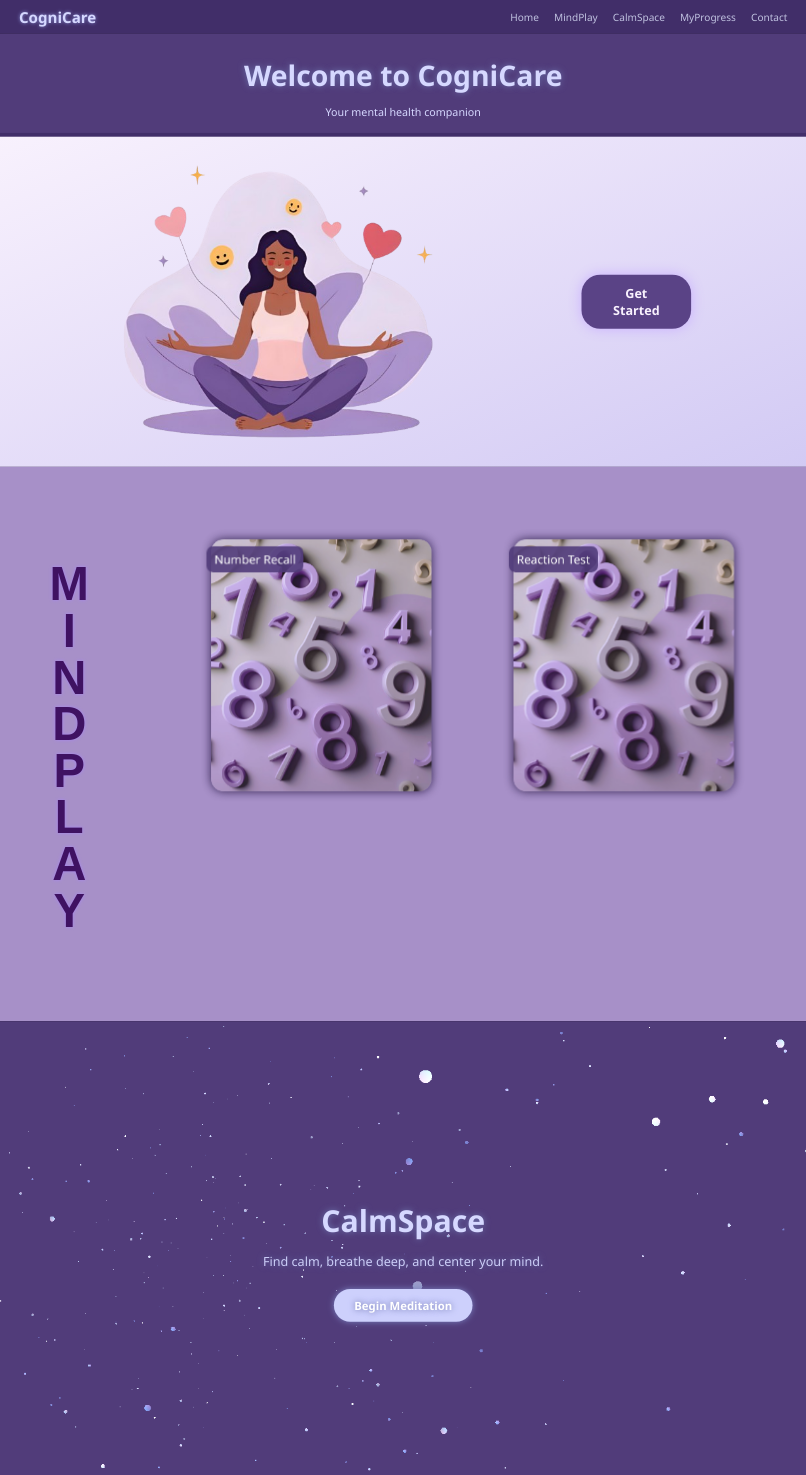
Repository: rujularaut/CogniCare
Page: /
An editor plug-in stored every save of this project. The page is shown before and after the next save, followed by the edit.
The browser window is 1280 px wide. The pictures show the whole page, at 63% of full size.
The project was rebuilt for these pictures with package versions that can differ from the ones it lists, and the page was loaded fresh each time. Also part of the build but not shown: src/components/MeditationRoom.css, src/components/Signup.css, src/components/Signup.js, src/components/Login.css, src/components/Login.js, src/components/Stepper.css, src/components/Stepper.jsx, src/components/SignupStepper.css and 3 more.

Above is the page before, as saved 2025-06-25 14:37:24.

### public/index.html
<!DOCTYPE html>
<html lang="en">
  <head>
    <link href="https://fonts.googleapis.com/css2?family=Anton:wght@500&display=swap" rel="stylesheet">

    <meta charset="utf-8" />
    <link rel="icon" href="%PUBLIC_URL%/favicon.ico" />
    <meta name="viewport" content="width=device-width, initial-scale=1" />
    <meta name="theme-color" content="#000000" />
    <meta
      name="description"
      content="Web site created using create-react-app"
    />
    <link rel="apple-touch-icon" href="%PUBLIC_URL%/logo192.png" />
    <!--
      manifest.json provides metadata used when your web app is installed on a
      user's mobile device or desktop. See https://developers.google.com/web/fundamentals/web-app-manifest/
    -->
    <link rel="manifest" href="%PUBLIC_URL%/manifest.json" />
    <!--
      Notice the use of %PUBLIC_URL% in the tags above.
      It will be replaced with the URL of the `public` folder during the build.
      Only files inside the `public` folder can be referenced from the HTML.

      Unlike "/favicon.ico" or "favicon.ico", "%PUBLIC_URL%/favicon.ico" will
      work correctly both with client-side routing and a non-root public URL.
      Learn how to configure a non-root public URL by running `npm run build`.
    -->
    <title>React App</title>
  </head>
  <body>
    <noscript>You need to enable JavaScript to run this app.</noscript>
    <div id="root"></div>
    <!--
      This HTML file is a template.
      If you open it directly in the browser, you will see an empty page.

      You can add webfonts, meta tags, or analytics to this file.
      The build step will place the bundled scripts into the <body> tag.

      To begin the development, run `npm start` or `yarn start`.
      To create a production bundle, use `npm run build` or `yarn build`.
    -->
  </body>
</html>

### src/App.js
import { useLocation } from 'react-router-dom';
import { useEffect } from 'react';
import MindPlay from './components/MindPlay';

import React from 'react';
import { BrowserRouter as Router, Routes, Route } from 'react-router-dom';
import './App.css';
import Welcome from './components/Welcome';
import Meditation from './components/Meditation';
import Signup from './components/Signup';
import Login from './components/Login';
import SignupStepper from './components/SignupStepper';
import MeditationRoom from './components/MeditationRoom';

function ScrollToSection() {
  const location = useLocation();

  useEffect(() => {
    const fromMeditationRoom = document.referrer.includes('/meditationroom');
    const hasHash = location.hash;

    if (hasHash && fromMeditationRoom) {
      const section = document.querySelector(location.hash);
      if (section) {
        setTimeout(() => {
          section.scrollIntoView({ behavior: 'smooth' });
        }, 0);
      }
    }
  }, [location]);

  return null;
}


function App() {
  return (
    <Router>
  <div className="App">
    <ScrollToSection />  {/*this triggers scroll to #id on navigation */}

    <nav>
      <div className="logo">CogniCare</div>
      <ul>
        <li><a href="/">Home</a></li>
        <li><a href="#">MindPlay</a></li>
        <li><a href="#calmspace-section">CalmSpace</a></li>
        <li><a href="#">MyProgress</a></li>
        <li><a href="#">Contact</a></li>
      </ul>
    </nav>

    <Routes>
    <Route path="/" element={
  <>
    <header>
      <h1>Welcome to CogniCare</h1>
      <p>Your mental health companion</p>
    </header>
    <Welcome />

    {/* 🧠 Insert MindPlay here */}
    <MindPlay />

    <div id="calmspace-section">
      <Meditation />
    </div>
  </>
} />

      <Route path="/signup" element={<SignupStepper />} />
      <Route path="/signup" element={<Signup />} />
      <Route path="/login" element={<Login />} />
      <Route path="/meditationroom" element={<MeditationRoom />} />
    </Routes>
  </div>
</Router>

  );
}

export default App;

### src/components/MindPlay.js
import React, { useRef } from 'react';
import './MindPlay.css';
import DecryptedText from './DecryptedText';
import { motion, useInView } from 'framer-motion';
import TiltedCard from './TiltedCard';
import recallImg from '../assets/recall.png';
import reactionImg from '../assets/reaction.png';

const MindPlay = () => {
  const ref = useRef(null);
  const isInView = useInView(ref, { once: true, margin: '-100px' });

  return (
    <section className="mindplay-section" ref={ref}>
      <div className="mindplay-layout">

        {/* Left: Title */}
        <motion.div
          className="vertical-decrypt"
          initial={{ opacity: 0, y: 100 }}
          animate={isInView ? { opacity: 1, y: 0 } : {}}
          transition={{ duration: 1.5, ease: 'easeOut' }}
        >
          <DecryptedText
            text="MINDPLAY"
            animateOn={isInView ? 'hover' : 'none'}
            revealDirection="center"
            speed={250}
            maxIterations={50}
            sequential={true}
            className="revealed"
            encryptedClassName="encrypted"
          />
        </motion.div>

        {/* Right: Game Cards */}
        <div className="mindplay-cards">
          <TiltedCard
            imageSrc={recallImg}
            altText="Number Recall Game"
            captionText="Click to play"
            containerHeight="400px"
            containerWidth="370px"
            imageHeight="400px"
            imageWidth="350px"
            rotateAmplitude={12}
            scaleOnHover={1.1}
            showTooltip={true}
            displayOverlayContent={true}
            overlayContent={<p className="tilted-card-demo-text">Number Recall</p>}
          />

          <TiltedCard
            imageSrc={reactionImg}
            altText="Reaction Game"
            captionText="Click to play"
            containerHeight="400px"
            containerWidth="370px"
            imageHeight="400px"
            imageWidth="350px"
            rotateAmplitude={12}
            scaleOnHover={1.1}
            showTooltip={true}
            displayOverlayContent={true}
            overlayContent={<p className="tilted-card-demo-text">Reaction Test</p>}
          />
        </div>

      </div>
    </section>
  );
};

export default MindPlay;

### src/App.css
body {
  margin: 0;
  padding: 0;
  font-family: 'Segoe UI', sans-serif;
  background-color: #0a001a;
  color: #d6d8ff;
}

nav {
  background-color: #412e69;
  color: #d6d8ff;
  display: flex;
  justify-content: space-between;
  align-items: center;
  padding: 10px 30px;
  box-shadow: 0 0 15px #a9b0ff20;
}

.logo {
  font-size: 24px;
  font-weight: bold;
  color: #d6d8ff;
  text-shadow: 0 0 6px #8b92d7;
}

nav ul {
  list-style: none;
  display: flex;
  gap: 24px;
  margin: 0;
  padding: 0;
}

nav ul li a {
  text-decoration: none;
  color: #c0c2e0;
  font-weight: 500;
  transition: color 0.3s ease;
}

nav ul li a:hover {
  color: #f7c258;
  text-shadow: 0 0 6px #a9b0ff;
}

header {
  background-color: #513c7a;
  padding: 5px;
  text-align: center;
  border-bottom: 6px solid #412e69;
}

h1 {
  margin-bottom: 10px;
  font-size: 45px;
  color: #d6d8ff;
  text-shadow: 0 0 10px #6c72ac;
}

p {
  font-size: 17px;
  color: #d6d8ff;
}

### src/components/Welcome.js
import React from 'react';
import './Welcome.css';
import welcomeImg from '../assets/welcome.png';
import { Link } from 'react-router-dom';

const Welcome = () => {
  return (
    <section className="welcome">
      <div className="welcome-content">
        <img src={welcomeImg} alt="Welcome Illustration" className="welcome-img" />
        <Link to="/signup" className="start-btn">Get Started</Link> {/* ✅ Fixed */}
      </div>
    </section>
  );
};

export default Welcome;

### src/components/Meditation.js
import React from 'react';
import Particles from './Particles';
import './Meditation.css';
import { Link } from 'react-router-dom';
import './MeditationRoom.css';


const Meditation = () => {
  return (
    <section className="meditation-section">
      <Particles
        particleColors={['#cdd0fc', '#a9b0ff']}
        particleCount={680}
        particleSpread={11}
        speed={0.1}
        particleBaseSize={100}
        moveParticlesOnHover={false}
        alphaParticles={false}
      />
      <div className="meditation-content">
        <h2>CalmSpace</h2>
        <p>Find calm, breathe deep, and center your mind.</p>
        <Link to="/meditationroom" className="meditate-btn">Begin Meditation</Link>
      </div>
    </section>
  );
};

export default Meditation;

### src/components/MindPlay.css
.mindplay-section {
  padding: 80px 40px;
  background-color: #a790c8;
  color: #e1c3f8;
  position: relative;
}

.mindplay-layout {
  display: flex;
  align-items: center;
  justify-content: center;
  gap: 80px;
  flex-wrap: wrap;
  min-height: 100vh;
}

.vertical-decrypt {
  writing-mode: vertical-rl;
  text-orientation: upright;
  font-family: 'Anton', sans-serif;
  font-size: 50px;
  font-weight: 900;
  letter-spacing: 0px;
  line-height: 1.2;
  color: #3f1262;
  text-shadow: 0 0 15px #d2c7ec;
  cursor: pointer;
  display: flex;
  align-items:center;
  justify-content:center;
   height: 80vh;
  padding: 0px 10px;
}

.mindplay-cards {
  display: flex;
  gap: 30px;
  flex-wrap: wrap;
  justify-content: center;
  align-items: center;
  margin-top: 0;
  margin-bottom: 250px;
  margin-left: 50px; /* 👈 pushes the cards upward */
}


.revealed {
  font-size: 75px;
  letter-spacing: -10px;
  font-weight: 900;
  color: #3f1262;
  text-shadow: 0 0 6px #a685f2;
}

.encrypted {
  font-size: 55px;
  font-weight: 900;
  color: #cdbcf2;
  opacity: 0.5;
}

.tilted-card-demo-text {
  font-size: 18px;
  color: #ffffff;
  background-color: rgba(81, 60, 122, 0.9);
  padding: 8px 12px;
  border-radius: 10px;
  text-align: center;
}

### src/components/DecryptedText.js
import { useEffect, useState, useRef } from 'react'
import { motion } from 'framer-motion'

const styles = {
  wrapper: {
    display: 'inline-block',
    whiteSpace: 'pre-wrap',
  },
  srOnly: {
    position: 'absolute',
    width: '1px',
    height: '1px',
    padding: 0,
    margin: '-1px',
    overflow: 'hidden',
    clip: 'rect(0,0,0,0)',
    border: 0,
  },
}

export default function DecryptedText({
  text,
  speed = 50,
  maxIterations = 10,
  sequential = false,
  revealDirection = 'start',
  useOriginalCharsOnly = false,
  characters = 'ABCDEFGHIJKLMNOPQRSTUVWXYZabcdefghijklmnopqrstuvwxyz!@#$%^&*()_+',
  className = '',
  parentClassName = '',
  encryptedClassName = '',
  animateOn = 'hover',
  ...props
}) {
  const [displayText, setDisplayText] = useState(text);
  const [isHovering, setIsHovering] = useState(false);
  const [isScrambling, setIsScrambling] = useState(false);
  const [revealedIndices, setRevealedIndices] = useState(new Set());
  const [hasAnimated, setHasAnimated] = useState(false);
  const containerRef = useRef(null);

  useEffect(() => {
    let interval
    let currentIteration = 0

    const getNextIndex = (revealedSet) => {
      const textLength = text.length
      switch (revealDirection) {
        case 'start':
          return revealedSet.size
        case 'end':
          return textLength - 1 - revealedSet.size
        case 'center': {
          const middle = Math.floor(textLength / 2)
          const offset = Math.floor(revealedSet.size / 2)
          const nextIndex =
            revealedSet.size % 2 === 0
              ? middle + offset
              : middle - offset - 1

          if (nextIndex >= 0 && nextIndex < textLength && !revealedSet.has(nextIndex)) {
            return nextIndex
          }

          for (let i = 0; i < textLength; i++) {
            if (!revealedSet.has(i)) return i
          }
          return 0
        }
        default:
          return revealedSet.size
      }
    }

    const availableChars = useOriginalCharsOnly
      ? Array.from(new Set(text.split(''))).filter((char) => char !== ' ')
      : characters.split('')

    const shuffleText = (originalText, currentRevealed) => {
      if (useOriginalCharsOnly) {
        const positions = originalText.split('').map((char, i) => ({
          char,
          isSpace: char === ' ',
          index: i,
          isRevealed: currentRevealed.has(i),
        }))

        const nonSpaceChars = positions
          .filter((p) => !p.isSpace && !p.isRevealed)
          .map((p) => p.char)

        for (let i = nonSpaceChars.length - 1; i > 0; i--) {
          const j = Math.floor(Math.random() * (i + 1))
            ;[nonSpaceChars[i], nonSpaceChars[j]] = [nonSpaceChars[j], nonSpaceChars[i]]
        }

        let charIndex = 0
        return positions
          .map((p) => {
            if (p.isSpace) return ' '
            if (p.isRevealed) return originalText[p.index]
            return nonSpaceChars[charIndex++]
          })
          .join('')
      } else {
        return originalText
          .split('')
          .map((char, i) => {
            if (char === ' ') return ' '
            if (currentRevealed.has(i)) return originalText[i]
            return availableChars[Math.floor(Math.random() * availableChars.length)]
          })
          .join('')
      }
    }

    if (isHovering) {
      setIsScrambling(true)
      interval = setInterval(() => {
        setRevealedIndices((prevRevealed) => {
          if (sequential) {
            if (prevRevealed.size < text.length) {
              const nextIndex = getNextIndex(prevRevealed)
              const newRevealed = new Set(prevRevealed)
              newRevealed.add(nextIndex)
              setDisplayText(shuffleText(text, newRevealed))
              return newRevealed
            } else {
              clearInterval(interval)
              setIsScrambling(false)
              return prevRevealed
            }
          } else {
            setDisplayText(shuffleText(text, prevRevealed))
            currentIteration++
            if (currentIteration >= maxIterations) {
              clearInterval(interval)
              setIsScrambling(false)
              setDisplayText(text)
            }
            return prevRevealed
          }
        })
      }, speed)
    } else {
      setDisplayText(text)
      setRevealedIndices(new Set())
      setIsScrambling(false)
    }

    return () => {
      if (interval) clearInterval(interval)
    }
  }, [
    isHovering,
    text,
    speed,
    maxIterations,
    sequential,
    revealDirection,
    characters,
    useOriginalCharsOnly,
  ])

  useEffect(() => {
    if (animateOn !== 'view') return

    const observerCallback = (entries) => {
      entries.forEach((entry) => {
        if (entry.isIntersecting && !hasAnimated) {
          setIsHovering(true)
          setHasAnimated(true)
        }
      })
    }

    const observerOptions = {
      root: null,
      rootMargin: '0px',
      threshold: 0.1,
    }

    const observer = new IntersectionObserver(observerCallback, observerOptions)
    const currentRef = containerRef.current
    if (currentRef) {
      observer.observe(currentRef)
    }

    return () => {
      if (currentRef) {
        observer.unobserve(currentRef)
      }
    }
  }, [animateOn, hasAnimated])

  const hoverProps =
    animateOn === 'hover'
      ? {
        onMouseEnter: () => setIsHovering(true),
        onMouseLeave: () => setIsHovering(false),
      }
      : {}

  return (
    <motion.span className={parentClassName} ref={containerRef} style={styles.wrapper} {...hoverProps} {...props}>
      <span style={styles.srOnly}>{displayText}</span>

      <span aria-hidden="true">
        {displayText.split('').map((char, index) => {
          const isRevealedOrDone =
            revealedIndices.has(index) || !isScrambling || !isHovering

          return (
            <span
              key={index}
              className={isRevealedOrDone ? className : encryptedClassName}
            >
              {char}
            </span>
          )
        })}
      </span>
    </motion.span>
  )
}

### src/components/TiltedCard.js
import './TiltedCard.css';

import { useRef, useState } from "react";
import { motion, useMotionValue, useSpring } from "framer-motion";
import "./TiltedCard.css";

const springValues = {
  damping: 30,
  stiffness: 100,
  mass: 2,
};

export default function TiltedCard({
  imageSrc,
  altText = "Tilted card image",
  captionText = "",
  containerHeight = "300px",
  containerWidth = "100%",
  imageHeight = "300px",
  imageWidth = "300px",
  scaleOnHover = 1.1,
  rotateAmplitude = 14,
  showMobileWarning = true,
  showTooltip = true,
  overlayContent = null,
  displayOverlayContent = false,
}) {
  const ref = useRef(null);

  const x = useMotionValue();
  const y = useMotionValue();
  const rotateX = useSpring(useMotionValue(0), springValues);
  const rotateY = useSpring(useMotionValue(0), springValues);
  const scale = useSpring(1, springValues);
  const opacity = useSpring(0);
  const rotateFigcaption = useSpring(0, {
    stiffness: 350,
    damping: 30,
    mass: 1,
  });

  const [lastY, setLastY] = useState(0);

  function handleMouse(e) {
    if (!ref.current) return;

    const rect = ref.current.getBoundingClientRect();
    const offsetX = e.clientX - rect.left - rect.width / 2;
    const offsetY = e.clientY - rect.top - rect.height / 2;

    const rotationX = (offsetY / (rect.height / 2)) * -rotateAmplitude;
    const rotationY = (offsetX / (rect.width / 2)) * rotateAmplitude;

    rotateX.set(rotationX);
    rotateY.set(rotationY);

    x.set(e.clientX - rect.left);
    y.set(e.clientY - rect.top);

    const velocityY = offsetY - lastY;
    rotateFigcaption.set(-velocityY * 0.6);
    setLastY(offsetY);
  }

  function handleMouseEnter() {
    scale.set(scaleOnHover);
    opacity.set(1);
  }

  function handleMouseLeave() {
    opacity.set(0);
    scale.set(1);
    rotateX.set(0);
    rotateY.set(0);
    rotateFigcaption.set(0);
  }

  return (
    <figure
      ref={ref}
      className="tilted-card-figure"
      style={{
        height: containerHeight,
        width: containerWidth,
      }}
      onMouseMove={handleMouse}
      onMouseEnter={handleMouseEnter}
      onMouseLeave={handleMouseLeave}
    >
      {showMobileWarning && (
        <div className="tilted-card-mobile-alert">
          This effect is not optimized for mobile. Check on desktop.
        </div>
      )}

      <motion.div
        className="tilted-card-inner"
        style={{
          width: imageWidth,
          height: imageHeight,
          rotateX,
          rotateY,
          scale,
        }}
      >
        <motion.img
          src={imageSrc}
          alt={altText}
          className="tilted-card-img"
          style={{
            width: imageWidth,
            height: imageHeight,
          }}
        />

        {displayOverlayContent && overlayContent && (
          <motion.div
            className="tilted-card-overlay"
          >
            {overlayContent}
          </motion.div>
        )}
      </motion.div>

      {showTooltip && (
        <motion.figcaption
          className="tilted-card-caption"
          style={{
            x,
            y,
            opacity,
            rotate: rotateFigcaption,
          }}
        >
          {captionText}
        </motion.figcaption>
      )}
    </figure>
  );
}

### src/components/Welcome.css
.welcome {
  height: 70vh;
  display: flex;
  align-items: center;
  justify-content: center;
  background: linear-gradient(to bottom right, #f8f1fd, #d2caf4);
  text-align: center;
  padding: 10px;
}

.welcome-content {
  display: flex;
  flex-direction: row;
  align-items: center;
  gap: 220px;
}

.welcome-img {
  max-width: 520px;
  width: 100%;
  height: auto;
  animation: fadeIn 1.5s ease;
}

.start-btn {
  background-color: #5a4386;
  color: #f8f1fd;
  padding: 16px 40px;
  border-radius: 30px;
  text-decoration: none;
  font-weight: bold;
  font-size: 20px;
  transition: background-color 0.3s ease, transform 0.2s ease;
  box-shadow: 0 0 20px #cab0ff;
}

.start-btn:hover {
  background-color: #fbb967;
  transform: scale(1.05);
}

@keyframes fadeIn {
  from { opacity: 0; transform: translateY(20px); }
  to { opacity: 1; transform: translateY(0); }
}

### src/components/Meditation.css
.meditation-section {
  position: relative;
  width: 100%;
  height: 100vh;
  overflow: hidden;
  background-color: #513c7a;
  display: flex;
  justify-content: center;
  align-items: center;
  text-align: center;
}

.meditation-content {
  position: relative;
  z-index: 1;
  color: #d6d8ff;
  text-shadow: 0 0 10px #6c72ac;
}

.meditation-content h2 {
  font-size: 48px;
  margin-bottom: 10px;
}

.meditation-content p {
  font-size: 20px;
  margin-bottom: 30px;
  color: #cccef8;
}


.meditate-btn {
  text-decoration: none;
  color: #fff;
  background-color: #cdd0fc;
  padding: 14px 32px;
  border-radius: 30px;
  font-size: 18px;
  font-weight: bold;
  box-shadow: 0 0 10px #7b82c0;
  transition: background-color 0.3s ease, transform 0.2s ease;
  display: inline-block;
}

.meditate-btn:hover {
  background-color: #dcdeff;
  color: #744fab;
  transform: scale(1.05);
  text-decoration: none;
}

### src/components/TiltedCard.css
.tilted-card-figure {
  position: relative;
  width: 100%;
  height: 100%;
  perspective: 800px;
  display: flex;
  flex-direction: column;
  align-items: top;
  justify-content: center;
}

.tilted-card-mobile-alert {
  position: absolute;
  top: 1rem;
  text-align: center;
  font-size: 0.875rem;
  display: none;
}

@media (max-width: 640px) {
  .tilted-card-mobile-alert {
    display: block;
  }
  .tilted-card-caption {
    display: none;
  }
}

.tilted-card-inner {
  position: relative;
  transform-style: preserve-3d;
}

.tilted-card-img {
  position: absolute;
  top: 50;
  left: 0;
  object-fit: cover;
  border-radius: 20px;
  will-change: transform;
  transform: translateZ(0);
  box-shadow: 0 0 15px #31224e;
}

.tilted-card-img:hover {
  filter: brightness(1.1) saturate(1.2);
  box-shadow: 0 0 15px #ffdca3;
  transition: all 0.3s ease;
}


.tilted-card-overlay {
  position: absolute;
  top: 0;
  left: 0;
  z-index: 2;
  will-change: transform;
  transform: translateZ(30px);
}

.tilted-card-caption {
  pointer-events: none;
  position: absolute;
  left: 0;
  top: 0;
  border-radius: 4px;
  background-color: #745f99;
  padding: 4px 10px;
  font-size: 15px;
  color: #f6eaff;
  opacity: 0;
  z-index: 3;
}

### src/components/Particles.css
.particles-container {
  position: absolute;
  width: 100%;
  height: 100%;
  z-index: 0;
}

Loaded but not shown: src/index.js (common file); src/index.css (common file); src/components/Particles.js (230 lines, source omitted)

After the next save:
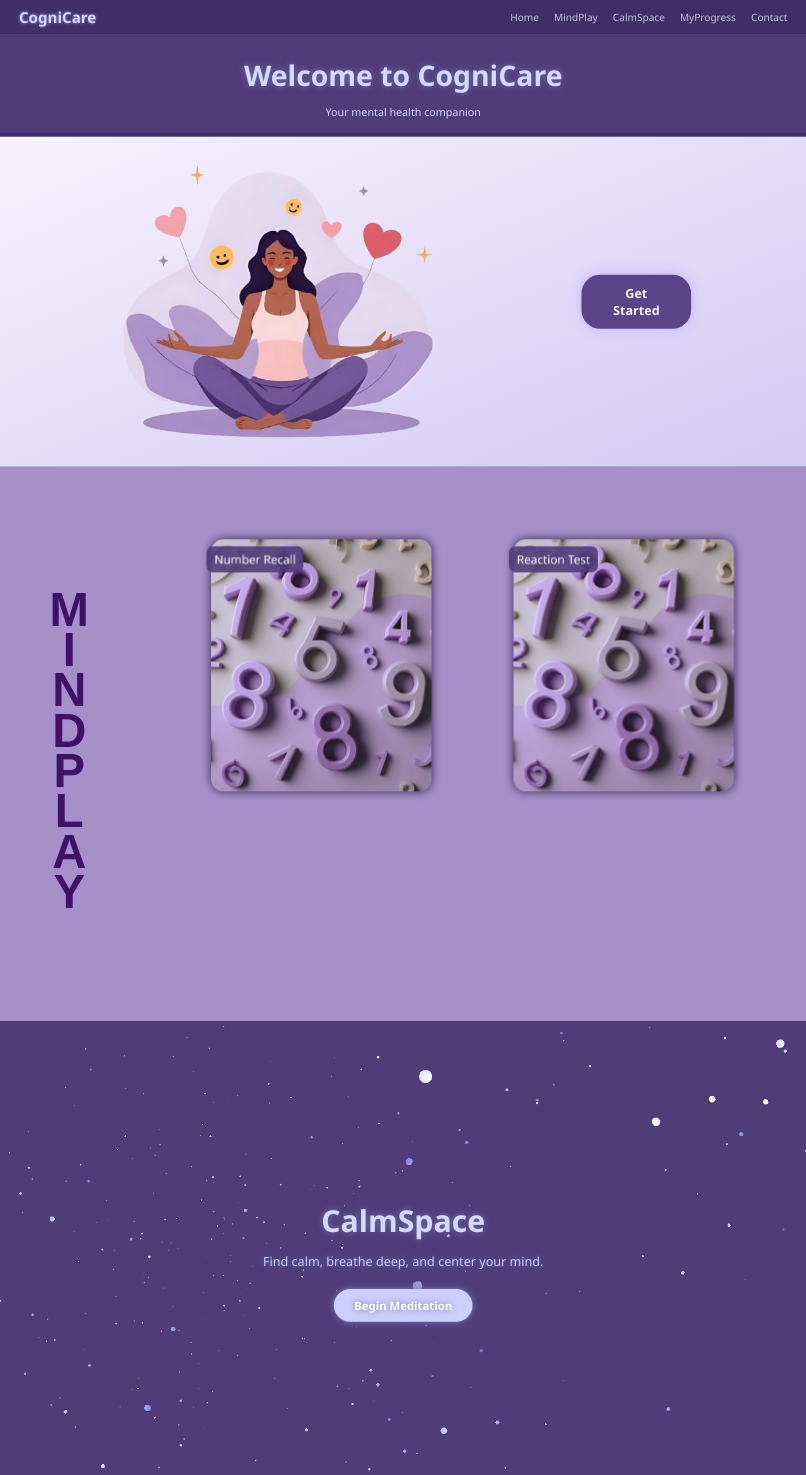
Saved 5 s later.
--- a/src/components/MindPlay.css
+++ b/src/components/MindPlay.css
@@ -46,7 +46,7 @@
 
 .revealed {
   font-size: 75px;
-  letter-spacing: -10px;
+  letter-spacing: -20px;
   font-weight: 900;
   color: #3f1262;
   text-shadow: 0 0 6px #a685f2;
